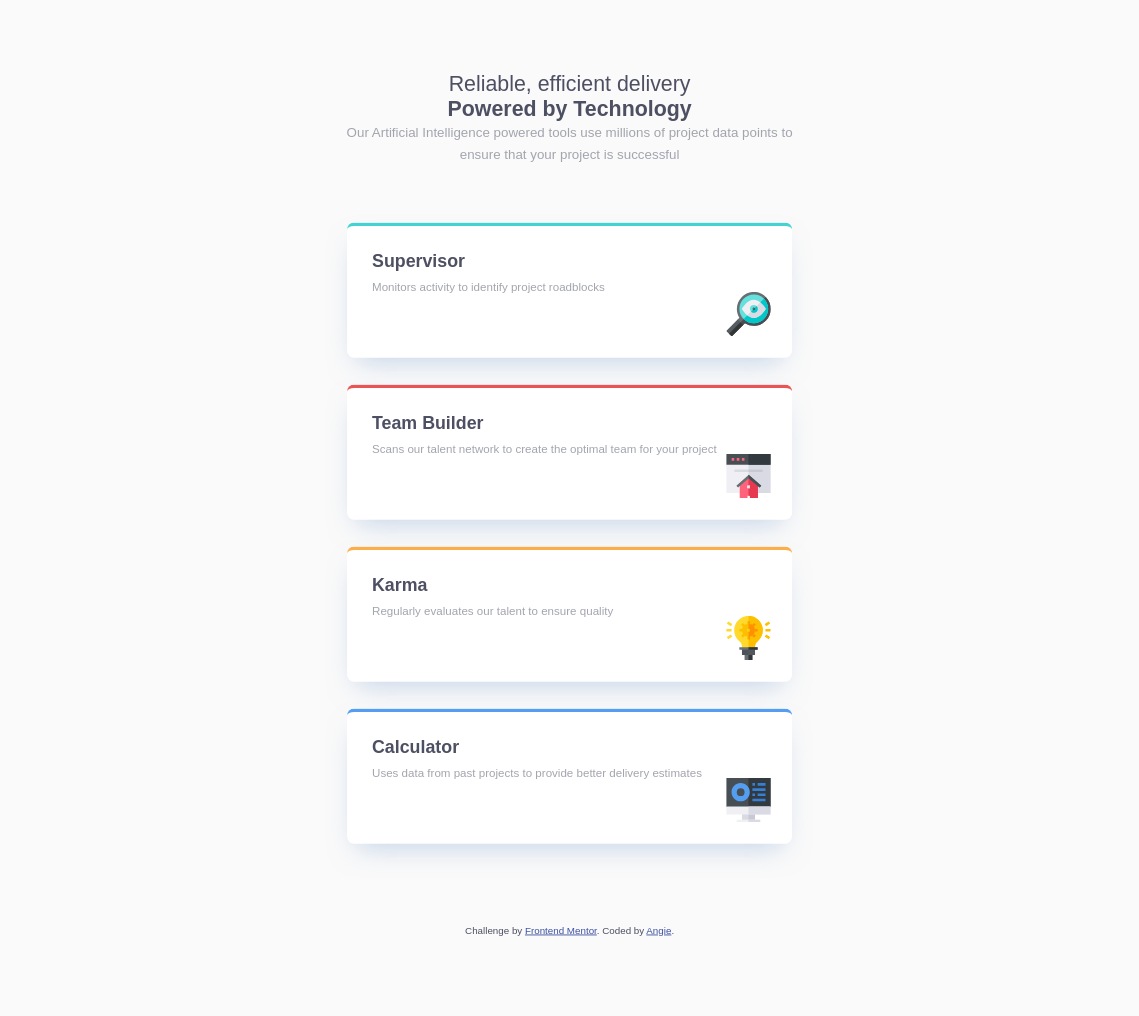
Repository: AngelaMwelu/four-card-page
Page: index.html
These files come from the project's save history. The page is drawn as it stood at one moment and after the next save; the edit follows.
The browser window is 1280 px wide. The pictures show the whole page, at 89% of full size.
Some web fonts or font styles are not loaded; a fallback is used.

Above is the page before, as saved 2025-05-23 09:15:31.

### index.html
<!DOCTYPE html>
<html lang="en">
<head>
  <meta charset="UTF-8">
  <meta name="viewport" content="width=device-width, initial-scale=1.0">
  <link rel="icon" type="image/png" sizes="32x32" href="./images/favicon-32x32.png">
  <link rel="stylesheet" href="style.css">

  <title>Frontend Mentor | Four card feature section</title>
</head>

<body>
  <div class="container">
     <div class="about">
      <h3>Reliable, efficient delivery</h3>
      <h3>Powered by Technology</h3>
      <p>Our Artificial Intelligence powered tools use millions of project data points
       to ensure that your project is successful</p>
    </div>

    <div class="Card">
      <div class="Supervisor">
      <h4>Supervisor</h4>
      <p>Monitors activity to identify project roadblocks</p>
      <img src="images/icon-supervisor.svg" alt="" class="icon">
      </div>

      <div class="Team-Builder">
      <h4>Team Builder</h4>
      <p>Scans our talent network to create the optimal team for your project</p>
      <img src="images/icon-team-builder.svg" alt="" class="icon">
      </div>

      <div class="Karma">
      <h4>Karma</h4>
      <p>Regularly evaluates our talent to ensure quality</p>
      <img src="images/icon-karma.svg" alt="" class="icon">
      </div>

      <div class="Calculator">
      <h4>Calculator</h4>
      <p>Uses data from past projects to provide better delivery estimates</p>
      <img src="images/icon-calculator.svg" alt="" class="icon">
      </div>
    </div>
  </div>

  <footer>
    <p class="attribution">
      Challenge by <a href="https://www.frontendmentor.io?ref=challenge" target="_blank">Frontend Mentor</a>.
      Coded by <a href="#">Angie</a>.
    </p>
  </footer>
</body>
</html>

### style.css

body {
  font-family: 'Poppins', sans-serif;
  background-color: #fafafa;
  color: #4d4f62;
  min-height: 100vh;
  margin: 0;
  padding: 80px 30px;
  box-sizing: border-box;
  display: flex;
  flex-direction: column;
}

/* ===== Container ===== */
.container {
  max-width: 1110px;
  width: 100%;
  margin: 0 auto;
  flex: 1;
}

/* ===== Header Section ===== */
.about {
  text-align: center;
  max-width: 540px;
  margin: 0 auto 64px;
}

.about h3 {
  font-size: 24px;
  margin: 0;
}

.about h3:first-child {
  font-weight: 200;
}

.about h3:last-child {
  font-weight: 600;
  margin-bottom: 16px;
}

.about p {
  font-size: 15px;
  line-height: 25px;
  color: #a3a5ae;
  margin: 0;
}

/* ===== Card Grid Layout ===== */
.Card {
  display: grid;
  grid-template-columns: repeat(3, 1fr);
  gap: 30px;
}

/* ===== Individual Cards ===== */
.Supervisor,
.Team-Builder,
.Karma,
.Calculator {
  background: white;
  border-radius: 8px;
  box-shadow: 0 15px 30px -11px rgba(131, 166, 210, 0.5);
  padding: 28px;
  text-align: left;
  position: relative;
  overflow: hidden;
}

/* Top border colors */
.Supervisor { border-top: 4px solid #44d3d2; }
.Team-Builder { border-top: 4px solid #ea5454; }
.Karma { border-top: 4px solid #fcae4a; }
.Calculator { border-top: 4px solid #549ef2; }

/* Card positioning */
.Supervisor {
  grid-row: 1 / 3;
  align-self: center;
}

.Team-Builder {
  grid-column: 2;
}

.Karma {
  grid-column: 2;
  grid-row: 2;
}

.Calculator {
  grid-column: 3;
  grid-row: 1 / 3;
  align-self: center;
}

/* Card content styles */
.Supervisor h4,
.Team-Builder h4,
.Karma h4,
.Calculator h4 {
  font-size: 20px;
  margin: 0 0 6px;
}

.Supervisor p,
.Team-Builder p,
.Karma p,
.Calculator p {
  font-size: 13px;
  line-height: 23px;
  color: #a3a5ae;
  margin: 0 0 40px;
}

/* Card icons (add these in your HTML) */
.Supervisor, .Team-Builder, .Karma, .Calculator {
  position: relative;
}

.icon {
  width: 50px;
  height: 50px;
  position: absolute;
  right: 24px;
  bottom: 24px;
}


/* ===== Footer ===== */
footer {
  margin-top: 80px;
  text-align: center;
}

.attribution {
  font-size: 11px;
}

.attribution a {
  color: #3e52a3;
}

/* ===== Responsive Design ===== */
@media (max-width: 1400px) {
  .Card {
    grid-template-columns: 1fr;
    max-width: 500px;
    margin: 0 auto;
  }

  .Supervisor,
  .Team-Builder,
  .Karma,
  .Calculator {
    grid-column: 1;
    grid-row: auto;
  }
}

After the next save:
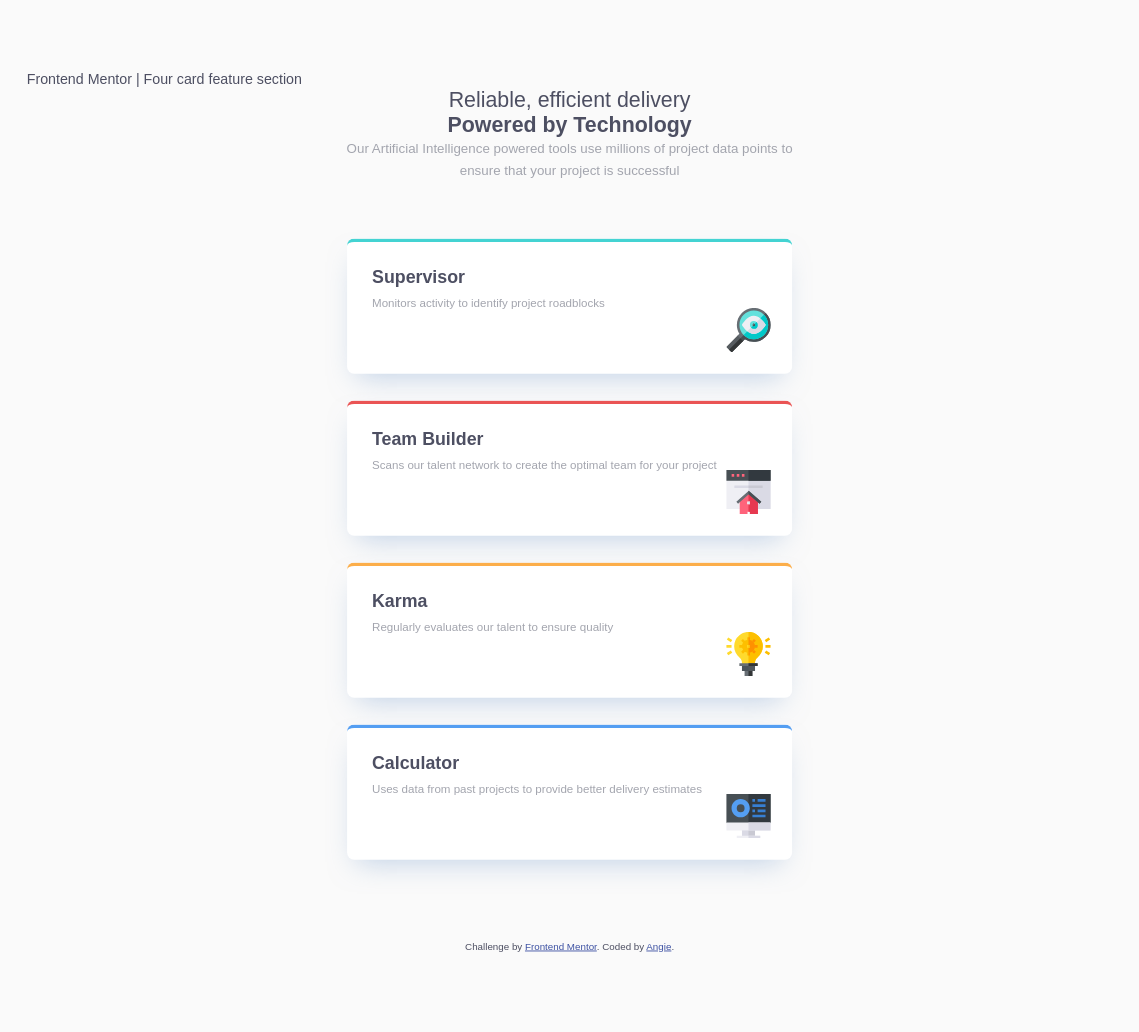
Saved 7 s later.
--- a/index.html
+++ b/index.html
@@ -5,7 +5,7 @@
   <meta name="viewport" content="width=device-width, initial-scale=1.0">
   <link rel="icon" type="image/png" sizes="32x32" href="./images/favicon-32x32.png">
   <link rel="stylesheet" href="style.css">
-
+  <link rel=""
   <title>Frontend Mentor | Four card feature section</title>
 </head>
 

After the 5 saves that followed:
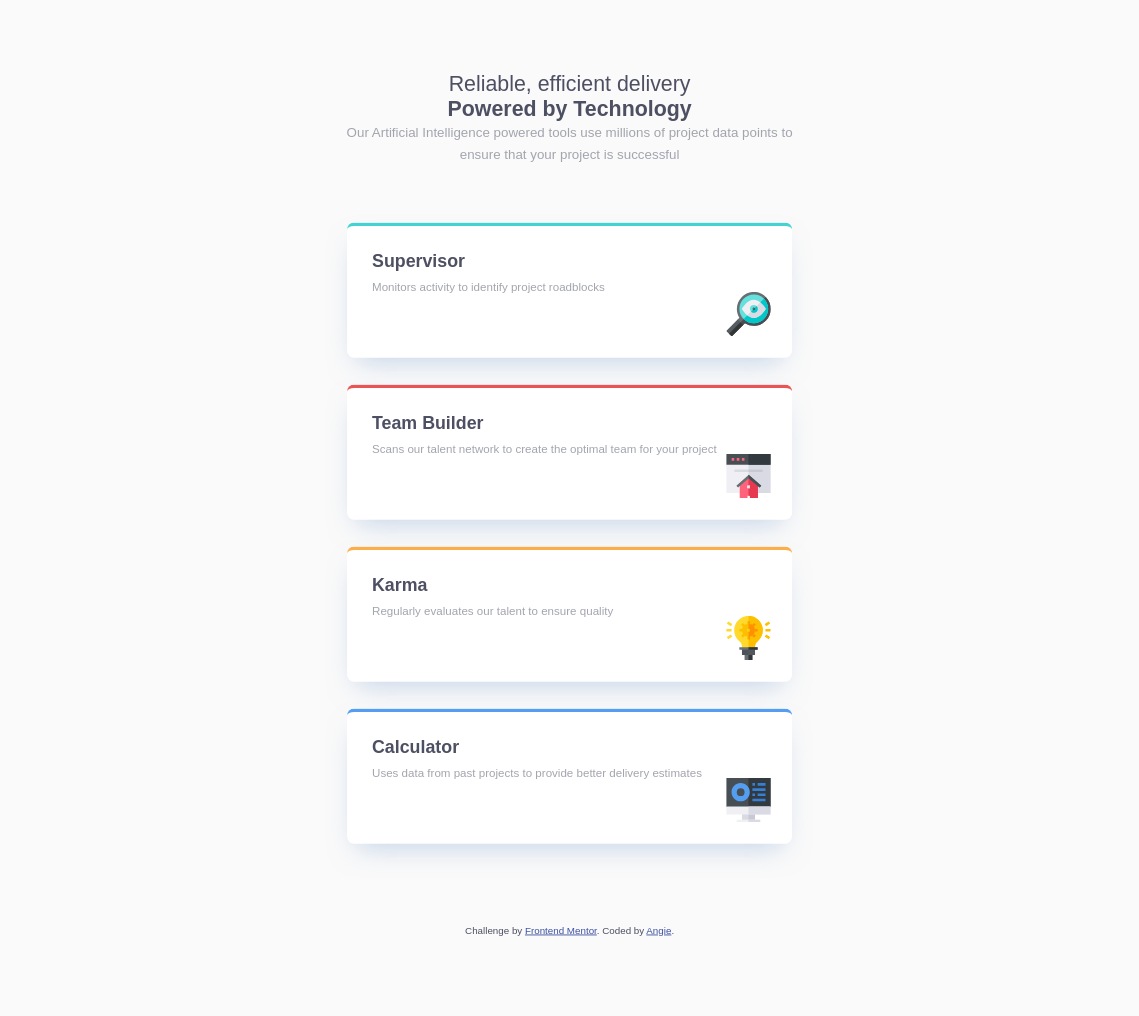
The 5 saves are shown as one change because 2 left the picture as it was and some came seconds apart.
The last was saved 18 s later.
--- a/index.html
+++ b/index.html
@@ -5,7 +5,7 @@
   <meta name="viewport" content="width=device-width, initial-scale=1.0">
   <link rel="icon" type="image/png" sizes="32x32" href="./images/favicon-32x32.png">
   <link rel="stylesheet" href="style.css">
-  <link rel=""
+  <link rel="stylesheet" href="https://fonts.google.com/specimen/Poppins">
   <title>Frontend Mentor | Four card feature section</title>
 </head>
 
